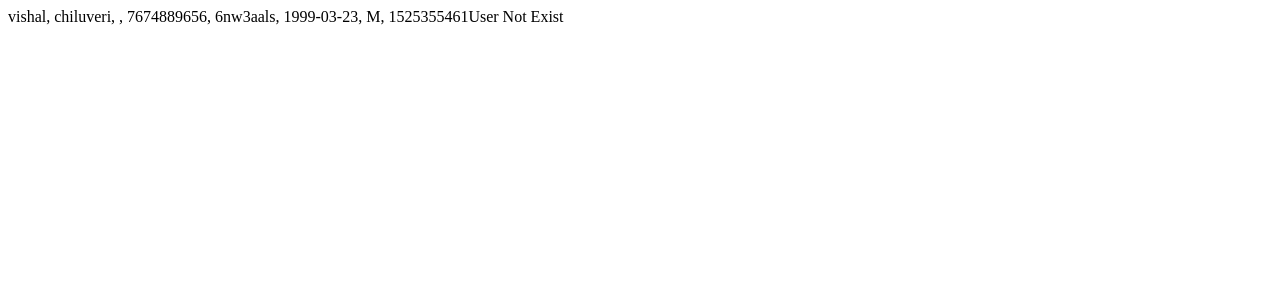
Repository: ironmanvim/CodeChat
Page: http://localhost/test.php
The author's editor kept a copy of each file at every save. The page is drawn from the files as they stood at one save, then again after the next save.
The browser window is 1280 px wide. The pictures show the whole page.
The page is run by PHP 8.4 with error messages shown; the project is at /var/www/html/. Queries for data that is not in the repository find no rows.

Above is the page before, as saved 2018-05-04 07:21:06.

### php/test.php
<?php
require_once 'user.php';
$info = new User();
$info->getUser('vishalchiluveri@gmail.com', '6nw3aals');
if(!$info->wmsg) {
    $a = $info->getName();
    echo $a;
} else {
    $info->showError();
}
?>

### php/user.php
<?php
require_once 'info.php';
class User {
    private $first_name,$last_name,$email,$phone,$pass,$birthday,$gender,$online_time;
    public $wmsg = 0;

    //gets info of user with email or phone and password
    function getUser($user, $pass) {
        $this->wmsg = 0;
        if(preg_match("/^[_a-z0-9-]+(\.[_a-z0-9-]+)*@[a-z0-9-]+(\.[a-z0-9-]+)*(\.[a-z]{2,})$/i", $user))
            $result = queryMysql("SELECT * FROM members WHERE email='$user' AND pass='$pass'");
        else if(preg_match("/^[1-9][0-9]{9,10}$/", $user))
            $result = queryMysql("SELECT * FROM members WHERE phone='$user' AND pass='$pass'");
        else {
            $this->wmsg = 3; //Invalid phone or email error
            return;
        }
        if($result->num_rows == 1) {
            $row = $result->fetch_assoc();
            $this->first_name = $row['first_name'];
            $this->last_name = $row['last_name'];
            $this->email = $row['email'];
            $this->phone = $row['phone'];
            $this->pass = $row['pass'];
            $this->birthday = $row['birthday'];
            $this->gender = $row['gender'];
            $this->online_time = $row['online_time'];
        }
        else {
            $this->wmsg = 2; //User not exist error
        }
    }

    //create user
    function createUser($user, $pass, $first_name, $last_name, $birthday, $gender) {
        $this->wmsg = 0;
        $user = sanitizeString($user);
        $pass = sanitizeString($pass);
        $first_name = sanitizeString($first_name);
        $last_name = sanitizeString($last_name);
        $birthday = sanitizeString($birthday);
        $gender = sanitizeString($gender);
        $email = "";
        $phone = "";
        if(preg_match("/^[_a-z0-9-]+(\.[_a-z0-9-]+)*@[a-z0-9-]+(\.[a-z0-9-]+)*(\.[a-z]{2,})$/i", $user))
            $email = $user;
        else if(preg_match("/^[1-9][0-9]{9,10}$/", $user))
            $phone = $user;
        else {
            $this->wmsg = 4; //invalid email or phone
            return;
        }
        $time = time();
        $query = queryMysql("SELECT * FROM members where email = '$email' and phone = '$phone'");
        if(!$query->num_rows) {
            $result = queryMysql("INSERT INTO members VALUES('$first_name', '$last_name', '$email', '$phone', '$pass', '$birthday', '$gender', '$time', NULL)");
            $this->first_name = $first_name;
            $this->last_name = $last_name;
            $this->birthday = $birthday;
            $this->email = $email;
            $this->phone = $phone;
            $this->pass = $pass;
            $this->gender = $gender;
            $this->online_time = $time;
        }
        else
            $this->wmsg = 1; //User already exist error
    }

    //display all data
    function showUser() {
        if(isset($this->email))
            echo "$this->first_name, $this->last_name, $this->email, $this->phone, $this->pass, $this->birthday, $this->gender, $this->online_time";
        else
            echo "Nothing to display";
    }

    function getFirstName() {
        return $this->first_name;
    }

    function getLastName() {
        return $this->last_name;
    }

    function getEmail() {
        return $this->email;
    }

    function getPhone() {
        return $this->phone;
    }

    function getBirthday() {
        return $this->birthday;
    }

    function getOnlineTime() {
        return $this->online_time;
    }

    function showError() {
        if($this->wmsg == 0)
            echo "No error";
        else if($this->wmsg == 1)
            echo "User Already Exist";
        else if($this->wmsg == 2)
            echo "User Not Exist";
        else if($this->wmsg == 3)
            echo "Invalid Email or Phone in getting user";
        else if($this->wmsg == 4)
            echo "Invalid Email or Phone in creating user";
    }
}


$test = new User();
$test->createUser('7674889656', '6nw3aals', 'vishal', 'chiluveri', '1999-03-23', 'M');
if(!$test->wmsg)
    $test->showUser();
else die($test->showError());
?>

### php/info.php
<?php
  $dbhost  = 'localhost';
  $dbname  = 'codechat';
  $dbuser  = 'root';
  $dbpass  = '6nw3aals';

  $connection = new mysqli($dbhost, $dbuser, $dbpass, $dbname);
  if ($connection->connect_error) die($connection->connect_error);

  function createTable($name, $query)
  {
    queryMysql("CREATE TABLE IF NOT EXISTS $name($query)");
    echo "Table '$name' created or already exists.<br>";
  }

  function deleteTable($name)
  {
      queryMysql("DROP TABLE $name");
      echo "Table '$name' dropped";
  }

  function queryMysql($query)
  {
    global $connection;
    $result = $connection->query($query);
    if (!$result) die($connection->error);
    return $result;
  }

  function destroySession()
  {
    $_SESSION=array();

    if (session_id() != "" || isset($_COOKIE[session_name()]))
      setcookie(session_name(), '', time()-2592000, '/');

    session_destroy();
  }

  function sanitizeString($var)
  {
    global $connection;
    $var = strip_tags($var);
    $var = htmlentities($var);
    $var = stripslashes($var);
    return $connection->real_escape_string($var);
  }
?>

After the next save:
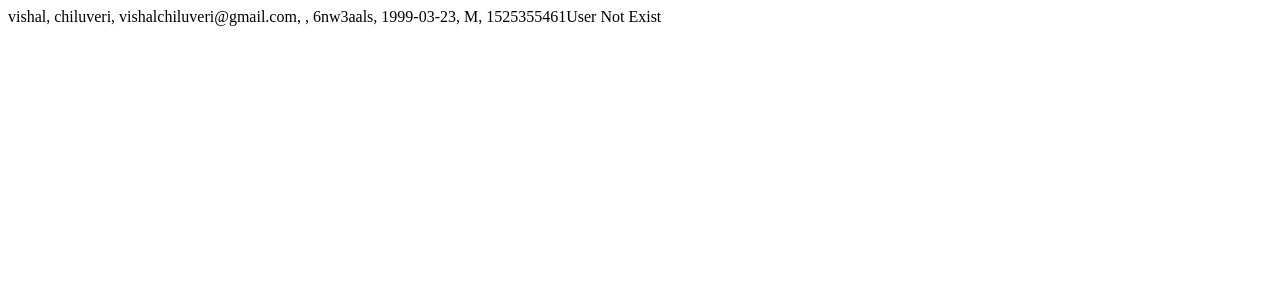
Saved 111 s later.
--- a/php/user.php
+++ b/php/user.php
@@ -96,7 +96,7 @@ class User {
     }
 
     function getOnlineTime() {
-        return $this->online_time;
+
     }
 
     function showError() {
@@ -115,7 +115,7 @@ class User {
 
 
 $test = new User();
-$test->createUser('7674889656', '6nw3aals', 'vishal', 'chiluveri', '1999-03-23', 'M');
+$test->createUser('vishalchiluveri@gmail.com', '6nw3aals', 'vishal', 'chiluveri', '1999-03-23', 'M');
 if(!$test->wmsg)
     $test->showUser();
 else die($test->showError());
